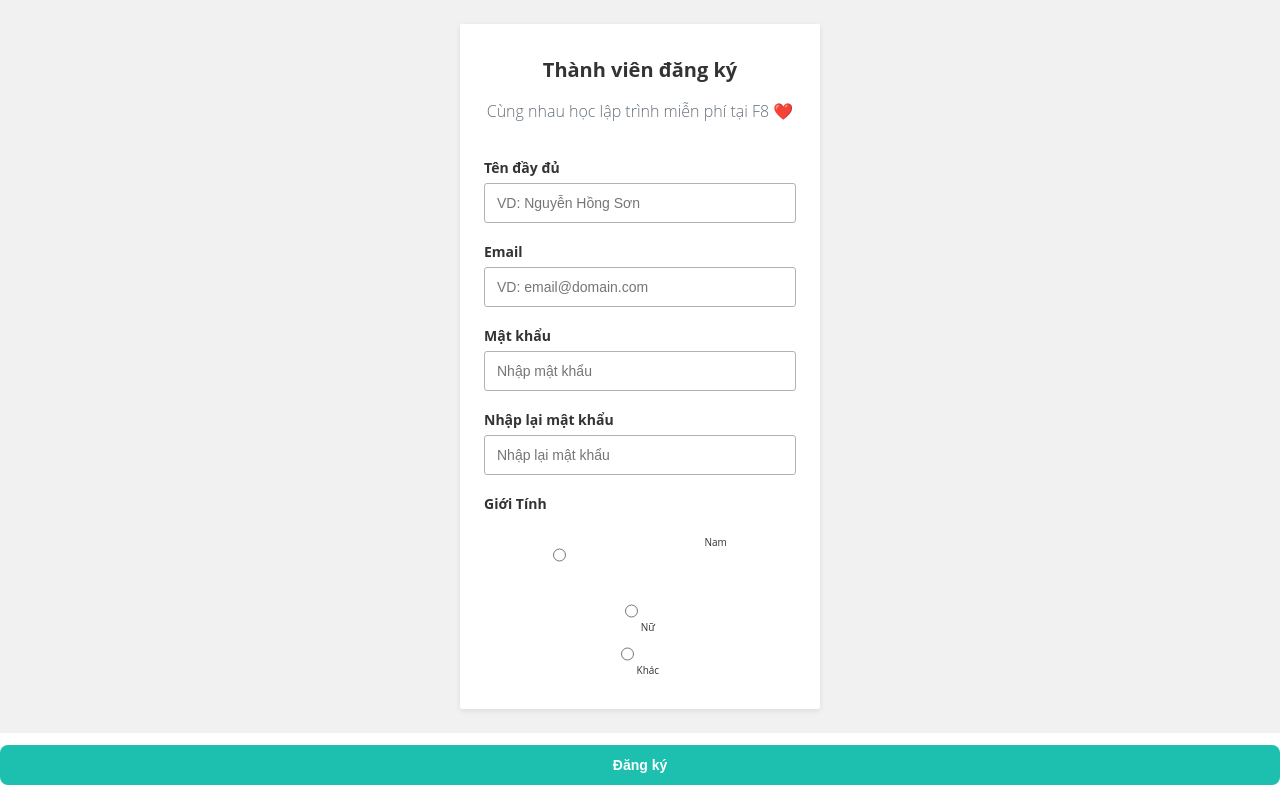
Repository: ahihison/Validation
Page: index.html
An editor plug-in stored every save of this project. The page is shown before and after the next save, followed by the edit.
The browser window is 1280 px wide. The pictures show the whole page.

Above is the page before, as saved 2022-08-31 09:41:37.

After the next save:
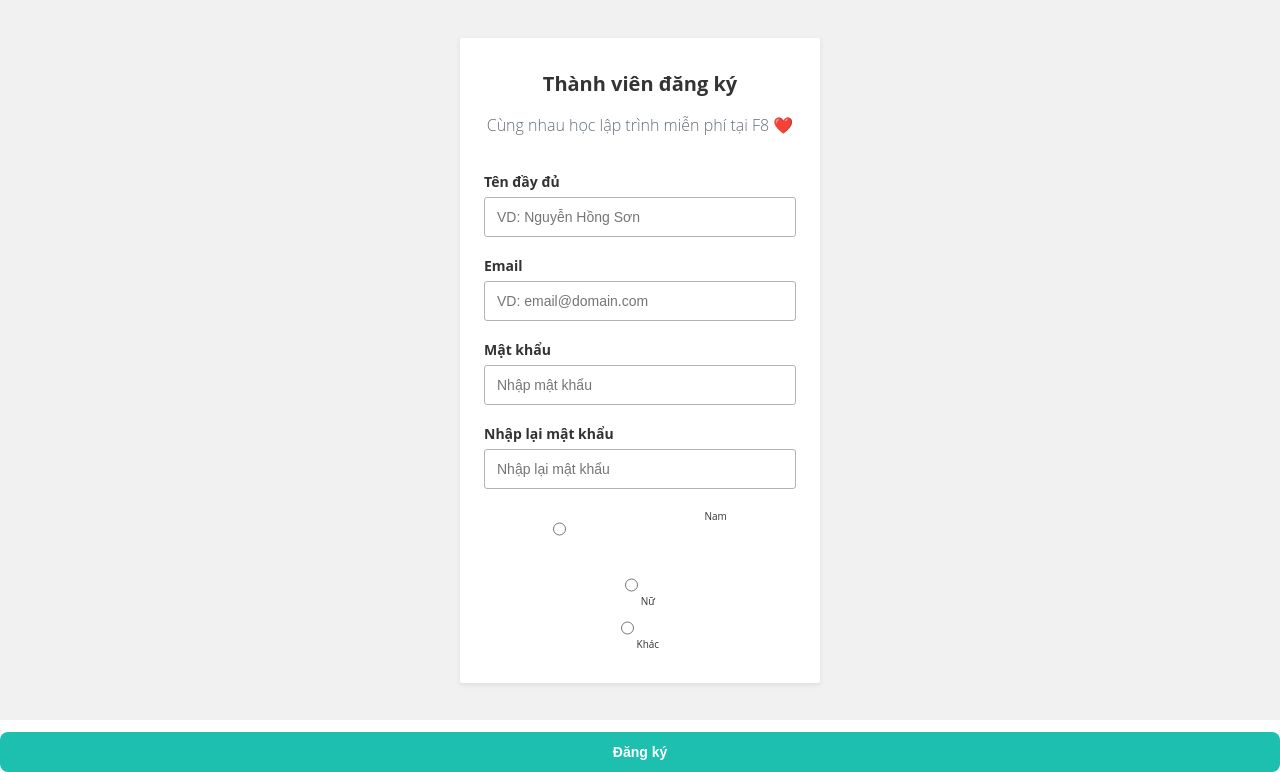
Saved 12 s later.
--- a/index.html
+++ b/index.html
@@ -34,9 +34,7 @@
                 <input type="password" name="password_confirmation" id="password_confirmation" placeholder="Nhập lại mật khẩu" class="form-control">
                 <span class="form-message"></span>
             </div>
-            <div class="form-group">
-                <label for="password_confirmation" class="form-label">Giới Tính</label>
-            </div>
+
             <div class="form-group genderformat">
                     <input type="radio" name="gender" value="male" id="gender" class="form-control">
                     <span id="gender">Nam</span>
